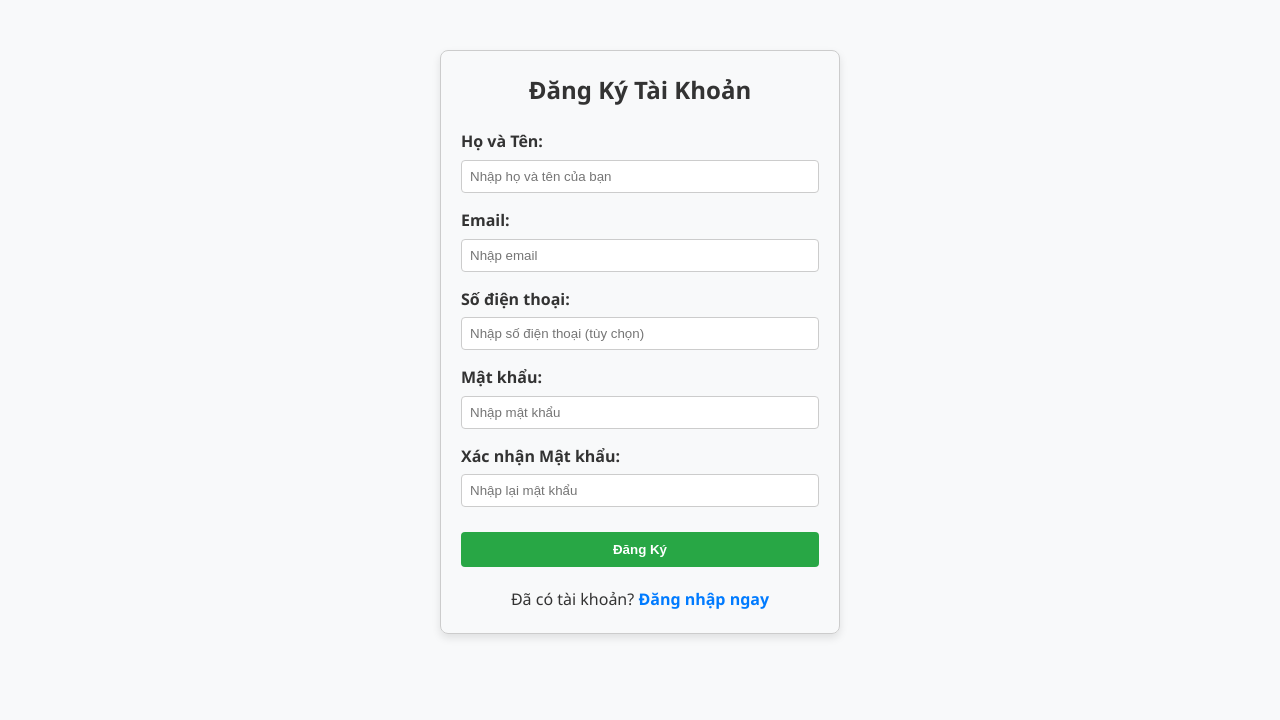
Repository: Vu-Tien-Duc/K23CNT3_VuTienDuc_Project4_EventTicket
Page: EventTicket_BDHT_Project/frontend-web/pages/user/register.html
The author's editor kept a copy of each file at every save. The page is drawn from the files as they stood at one save, then again after the next save.
The browser window is 1280 px wide. The pictures show the whole page.
Some web libraries are served in a nearby version.

Above is the page before, as saved 2026-05-20 20:33:31.

### EventTicket_BDHT_Project/frontend-web/pages/user/register.html
<!DOCTYPE html>
<html lang="vi">
<head>
    <meta charset="UTF-8">
    <title>Đăng Ký - EventTicket</title>
    <link rel="stylesheet" href="../../assets/css/style.css">
    <style>
        /* Đồng bộ giao diện với trang Login */
        .auth-container { max-width: 400px; margin: 50px auto; padding: 20px; border: 1px solid #ccc; border-radius: 8px; box-shadow: 0 4px 8px rgba(0,0,0,0.1); }
        .form-group { margin-bottom: 15px; }
        .form-group label { display: block; margin-bottom: 5px; font-weight: bold;}
        .form-group input { width: 100%; padding: 8px; box-sizing: border-box; border: 1px solid #ccc; border-radius: 4px;}
        .btn-main { width: 100%; padding: 10px; background-color: #28a745; color: white; border: none; border-radius: 4px; cursor: pointer; font-weight: bold; margin-top: 10px;}
        .btn-main:hover { background-color: #218838; }
    </style>
</head>
<body>


    <main class="auth-container">
        <h2 style="text-align: center; margin-bottom: 20px;">Đăng Ký Tài Khoản</h2>

        <form id="registerForm">
            <div id="register-msg" style="margin-bottom: 15px; font-weight: bold; display: none;"></div>

            <div class="form-group">
                <label>Họ và Tên:</label>
                <input type="text" id="fullName" required placeholder="Nhập họ và tên của bạn">
            </div>

            <div class="form-group">
                <label>Email:</label>
                <input type="email" id="email" required placeholder="Nhập email">
            </div>

            <div class="form-group">
                <label>Số điện thoại:</label>
                <input type="text" id="phoneNumber" placeholder="Nhập số điện thoại (tùy chọn)">
            </div>

            <div class="form-group">
                <label>Mật khẩu:</label>
                <input type="password" id="password" required placeholder="Nhập mật khẩu">
            </div>

            <div class="form-group">
                <label>Xác nhận Mật khẩu:</label>
                <input type="password" id="confirmPassword" required placeholder="Nhập lại mật khẩu">
            </div>

            <button type="submit" class="btn-main">Đăng Ký</button>
        </form>

        <p style="text-align: center; margin-top: 20px;">
            Đã có tài khoản? <a href="login.html" style="color: #007bff; text-decoration: none; font-weight: bold;">Đăng nhập ngay</a>
        </p>
    </main>

    <script src="../../assets/js/core/api-client.js"></script>
    <script src="../../assets/js/auth.js"></script>
</body>
</html>

### EventTicket_BDHT_Project/frontend-web/assets/css/style.css
/* EventTicket Frontend Styles */

/* Reset and Base Styles */
* {
    margin: 0;
    padding: 0;
    box-sizing: border-box;
}

body {
    font-family: 'Segoe UI', Tahoma, Geneva, Verdana, sans-serif;
    line-height: 1.6;
    color: #333;
    background-color: #f8f9fa;
}

header {
    background: linear-gradient(135deg, #667eea 0%, #764ba2 100%);
    color: white;
    padding: 1rem 0;
    position: fixed;
    width: 100%;
    top: 0;
    z-index: 1000;
    box-shadow: 0 2px 10px rgba(0,0,0,0.1);
}

main {
    margin-top: 80px;
    padding: 2rem;
    max-width: 1200px;
    margin-left: auto;
    margin-right: auto;
}

.container {
    max-width: 1200px;
    margin: 0 auto;
    padding: 0 1rem;
}

.btn {
    background: #667eea;
    color: white;
    padding: 0.75rem 1.5rem;
    border: none;
    border-radius: 5px;
    cursor: pointer;
    font-size: 1rem;
    transition: background 0.3s;
}

.btn:hover {
    background: #5a67d8;
}

.btn-danger {
    background: #e53e3e;
}

.btn-danger:hover {
    background: #c53030;
}

.card {
    background: white;
    border-radius: 10px;
    box-shadow: 0 4px 6px rgba(0,0,0,0.1);
    padding: 1.5rem;
    margin-bottom: 1.5rem;
}

.event-card {
    display: flex;
    gap: 1.5rem;
    margin-bottom: 2rem;
    padding: 1.5rem;
    border-radius: 10px;
    background: white;
    box-shadow: 0 4px 12px rgba(0,0,0,0.1);
    transition: transform 0.3s, box-shadow 0.3s;
}

.event-card:hover {
    transform: translateY(-5px);
    box-shadow: 0 8px 25px rgba(0,0,0,0.15);
}

/* Responsive */
@media (max-width: 768px) {
    .event-card {
        flex-direction: column;
    }

    main {
        padding: 1rem;
    }
}

/* Loading Spinner */
.loading {
    display: inline-block;
    width: 20px;
    height: 20px;
    border: 3px solid #f3f3f3;
    border-top: 3px solid #667eea;
    border-radius: 50%;
    animation: spin 1s linear infinite;
}

@keyframes spin {
    0% { transform: rotate(0deg); }
    100% { transform: rotate(360deg); }
}

Loaded but not shown: EventTicket_BDHT_Project/frontend-web/assets/js/core/api-client.js (308 lines, source omitted); EventTicket_BDHT_Project/frontend-web/assets/js/auth.js (236 lines, source omitted); EventTicket_BDHT_Project/frontend-web/components/header.html (105 lines, source omitted)

After the next save:
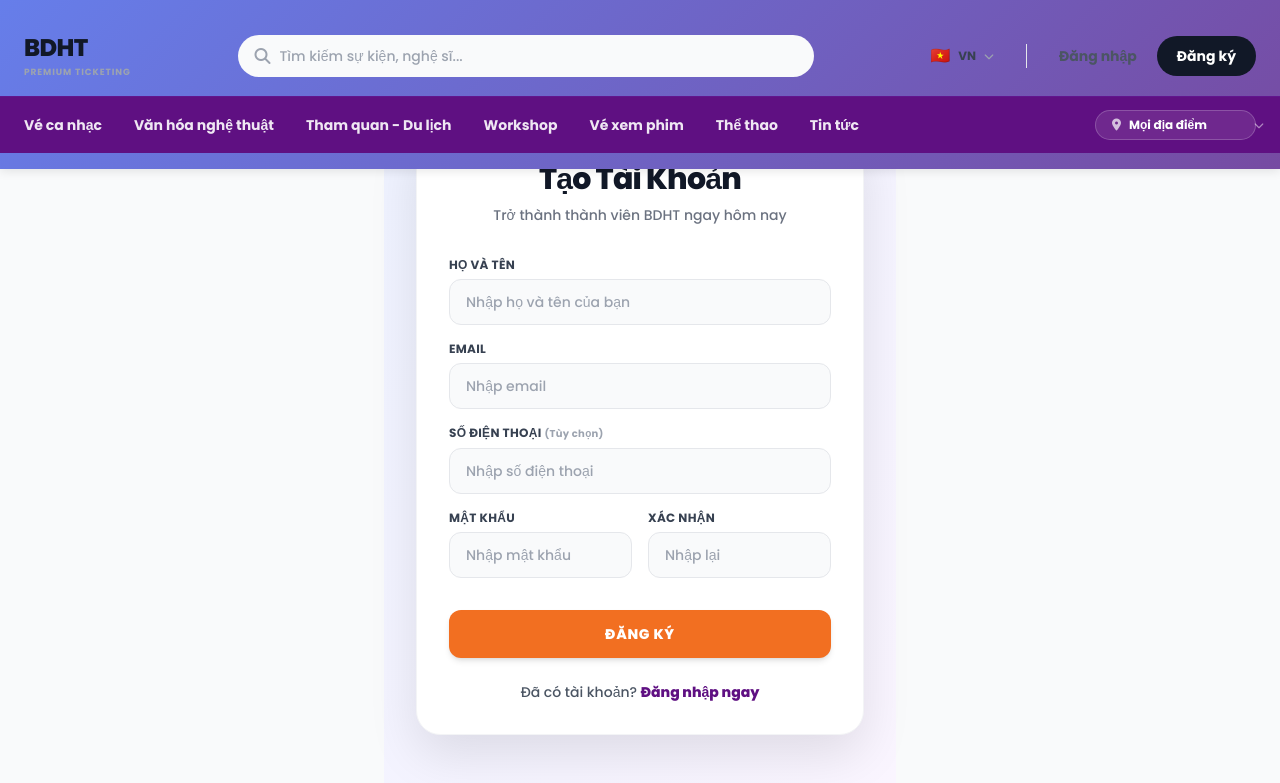
Not found: EventTicket_BDHT_Project/frontend-web/assets/js/core/i18n.js
Saved 26 s later.
--- a/EventTicket_BDHT_Project/frontend-web/pages/user/register.html
+++ b/EventTicket_BDHT_Project/frontend-web/pages/user/register.html
@@ -2,58 +2,83 @@
 <html lang="vi">
 <head>
     <meta charset="UTF-8">
-    <title>Đăng Ký - EventTicket</title>
+    <meta name="viewport" content="width=device-width, initial-scale=1.0">
+    <title>Đăng Ký - BDHT Premium Ticketing</title>
+    <!-- Tailwind CSS CDN -->
+    <script src="https://cdn.tailwindcss.com"></script>
+    <script>
+        tailwind.config = {
+            theme: {
+                extend: {
+                    colors: {
+                        brand: {
+                            purple: '#5f1082',
+                            purpleHover: '#4d0b6b',
+                            orange: '#f26f21',
+                            orangeHover: '#d95a12',
+                            darkBg: '#333333'
+                        }
+                    },
+                    fontFamily: {
+                        sans: ['Poppins', 'sans-serif'],
+                    }
+                }
+            }
+        }
+    </script>
+    <link href="https://fonts.googleapis.com/css2?family=Poppins:wght@300;400;500;600;700;800;900&display=swap" rel="stylesheet">
+    <link rel="stylesheet" href="https://cdnjs.cloudflare.com/ajax/libs/font-awesome/6.4.0/css/all.min.css">
     <link rel="stylesheet" href="../../assets/css/style.css">
-    <style>
-        /* Đồng bộ giao diện với trang Login */
-        .auth-container { max-width: 400px; margin: 50px auto; padding: 20px; border: 1px solid #ccc; border-radius: 8px; box-shadow: 0 4px 8px rgba(0,0,0,0.1); }
-        .form-group { margin-bottom: 15px; }
-        .form-group label { display: block; margin-bottom: 5px; font-weight: bold;}
-        .form-group input { width: 100%; padding: 8px; box-sizing: border-box; border: 1px solid #ccc; border-radius: 4px;}
-        .btn-main { width: 100%; padding: 10px; background-color: #28a745; color: white; border: none; border-radius: 4px; cursor: pointer; font-weight: bold; margin-top: 10px;}
-        .btn-main:hover { background-color: #218838; }
-    </style>
 </head>
-<body>
+<body class="bg-gray-50 text-gray-800 font-sans antialiased flex flex-col min-h-screen">
+    <div id="header-container"></div>
 
-
-    <main class="auth-container">
-        <h2 style="text-align: center; margin-bottom: 20px;">Đăng Ký Tài Khoản</h2>
-
-        <form id="registerForm">
-            <div id="register-msg" style="margin-bottom: 15px; font-weight: bold; display: none;"></div>
-
-            <div class="form-group">
-                <label>Họ và Tên:</label>
-                <input type="text" id="fullName" required placeholder="Nhập họ và tên của bạn">
+    <main class="flex-1 flex items-center justify-center py-12 px-4 sm:px-6 lg:px-8 bg-gradient-to-br from-indigo-50 to-purple-50">
+        <div class="max-w-md w-full bg-white rounded-3xl p-8 shadow-[0_20px_50px_rgba(0,0,0,0.1)] border border-gray-100">
+            <div class="text-center mb-8">
+                <h2 class="text-3xl font-extrabold text-gray-900 tracking-tight">Tạo Tài Khoản</h2>
+                <p class="text-sm font-medium text-gray-500 mt-2">Trở thành thành viên BDHT ngay hôm nay</p>
             </div>
 
-            <div class="form-group">
-                <label>Email:</label>
-                <input type="email" id="email" required placeholder="Nhập email">
-            </div>
+            <form id="registerForm" class="flex flex-col gap-4">
+                <div id="register-msg" class="hidden font-bold text-sm p-3 rounded-xl"></div>
 
-            <div class="form-group">
-                <label>Số điện thoại:</label>
-                <input type="text" id="phoneNumber" placeholder="Nhập số điện thoại (tùy chọn)">
-            </div>
+                <div class="flex flex-col gap-1.5">
+                    <label class="text-xs font-bold text-gray-700 uppercase tracking-wide">Họ và Tên</label>
+                    <input type="text" id="fullName" required placeholder="Nhập họ và tên của bạn" class="w-full px-4 py-3 bg-gray-50 border border-gray-200 rounded-xl text-sm font-medium focus:border-brand-purple focus:ring-4 focus:ring-brand-purple/10 outline-none transition-all">
+                </div>
 
-            <div class="form-group">
-                <label>Mật khẩu:</label>
-                <input type="password" id="password" required placeholder="Nhập mật khẩu">
-            </div>
+                <div class="flex flex-col gap-1.5">
+                    <label class="text-xs font-bold text-gray-700 uppercase tracking-wide">Email</label>
+                    <input type="email" id="email" required placeholder="Nhập email" class="w-full px-4 py-3 bg-gray-50 border border-gray-200 rounded-xl text-sm font-medium focus:border-brand-purple focus:ring-4 focus:ring-brand-purple/10 outline-none transition-all">
+                </div>
 
-            <div class="form-group">
-                <label>Xác nhận Mật khẩu:</label>
-                <input type="password" id="confirmPassword" required placeholder="Nhập lại mật khẩu">
-            </div>
+                <div class="flex flex-col gap-1.5">
+                    <label class="text-xs font-bold text-gray-700 uppercase tracking-wide">Số điện thoại <span class="text-[10px] text-gray-400 normal-case">(Tùy chọn)</span></label>
+                    <input type="text" id="phoneNumber" placeholder="Nhập số điện thoại" class="w-full px-4 py-3 bg-gray-50 border border-gray-200 rounded-xl text-sm font-medium focus:border-brand-purple focus:ring-4 focus:ring-brand-purple/10 outline-none transition-all">
+                </div>
 
-            <button type="submit" class="btn-main">Đăng Ký</button>
-        </form>
+                <div class="grid grid-cols-2 gap-4">
+                    <div class="flex flex-col gap-1.5">
+                        <label class="text-xs font-bold text-gray-700 uppercase tracking-wide">Mật khẩu</label>
+                        <input type="password" id="password" required placeholder="Nhập mật khẩu" class="w-full px-4 py-3 bg-gray-50 border border-gray-200 rounded-xl text-sm font-medium focus:border-brand-purple focus:ring-4 focus:ring-brand-purple/10 outline-none transition-all">
+                    </div>
 
-        <p style="text-align: center; margin-top: 20px;">
-            Đã có tài khoản? <a href="login.html" style="color: #007bff; text-decoration: none; font-weight: bold;">Đăng nhập ngay</a>
-        </p>
+                    <div class="flex flex-col gap-1.5">
+                        <label class="text-xs font-bold text-gray-700 uppercase tracking-wide">Xác nhận</label>
+                        <input type="password" id="confirmPassword" required placeholder="Nhập lại" class="w-full px-4 py-3 bg-gray-50 border border-gray-200 rounded-xl text-sm font-medium focus:border-brand-purple focus:ring-4 focus:ring-brand-purple/10 outline-none transition-all">
+                    </div>
+                </div>
+
+                <button type="submit" class="w-full bg-brand-orange hover:bg-brand-orangeHover text-white font-extrabold px-6 py-3.5 rounded-xl text-sm uppercase tracking-wider transition-all duration-300 shadow-md hover:shadow-xl hover:-translate-y-0.5 mt-4">
+                    Đăng Ký
+                </button>
+            </form>
+
+            <p class="text-center mt-6 text-sm font-medium text-gray-600">
+                Đã có tài khoản? <a href="login.html" class="font-extrabold text-brand-purple hover:text-brand-orange transition-colors">Đăng nhập ngay</a>
+            </p>
+        </div>
     </main>
 
     <script src="../../assets/js/core/api-client.js"></script>

After the save that followed:
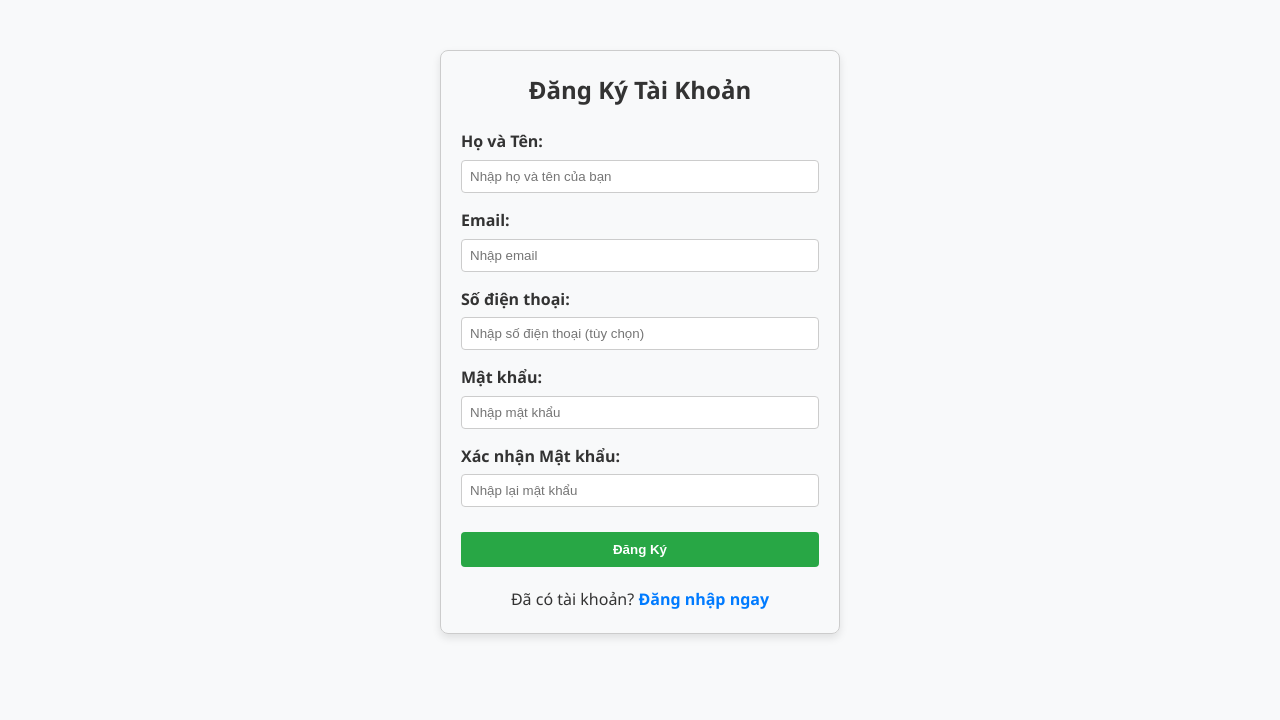
Saved 19 s later.
--- a/EventTicket_BDHT_Project/frontend-web/pages/user/register.html
+++ b/EventTicket_BDHT_Project/frontend-web/pages/user/register.html
@@ -2,83 +2,58 @@
 <html lang="vi">
 <head>
     <meta charset="UTF-8">
-    <meta name="viewport" content="width=device-width, initial-scale=1.0">
-    <title>Đăng Ký - BDHT Premium Ticketing</title>
-    <!-- Tailwind CSS CDN -->
-    <script src="https://cdn.tailwindcss.com"></script>
-    <script>
-        tailwind.config = {
-            theme: {
-                extend: {
-                    colors: {
-                        brand: {
-                            purple: '#5f1082',
-                            purpleHover: '#4d0b6b',
-                            orange: '#f26f21',
-                            orangeHover: '#d95a12',
-                            darkBg: '#333333'
-                        }
-                    },
-                    fontFamily: {
-                        sans: ['Poppins', 'sans-serif'],
-                    }
-                }
-            }
-        }
-    </script>
-    <link href="https://fonts.googleapis.com/css2?family=Poppins:wght@300;400;500;600;700;800;900&display=swap" rel="stylesheet">
-    <link rel="stylesheet" href="https://cdnjs.cloudflare.com/ajax/libs/font-awesome/6.4.0/css/all.min.css">
+    <title>Đăng Ký - EventTicket</title>
     <link rel="stylesheet" href="../../assets/css/style.css">
+    <style>
+        /* Đồng bộ giao diện với trang Login */
+        .auth-container { max-width: 400px; margin: 50px auto; padding: 20px; border: 1px solid #ccc; border-radius: 8px; box-shadow: 0 4px 8px rgba(0,0,0,0.1); }
+        .form-group { margin-bottom: 15px; }
+        .form-group label { display: block; margin-bottom: 5px; font-weight: bold;}
+        .form-group input { width: 100%; padding: 8px; box-sizing: border-box; border: 1px solid #ccc; border-radius: 4px;}
+        .btn-main { width: 100%; padding: 10px; background-color: #28a745; color: white; border: none; border-radius: 4px; cursor: pointer; font-weight: bold; margin-top: 10px;}
+        .btn-main:hover { background-color: #218838; }
+    </style>
 </head>
-<body class="bg-gray-50 text-gray-800 font-sans antialiased flex flex-col min-h-screen">
-    <div id="header-container"></div>
+<body>
 
-    <main class="flex-1 flex items-center justify-center py-12 px-4 sm:px-6 lg:px-8 bg-gradient-to-br from-indigo-50 to-purple-50">
-        <div class="max-w-md w-full bg-white rounded-3xl p-8 shadow-[0_20px_50px_rgba(0,0,0,0.1)] border border-gray-100">
-            <div class="text-center mb-8">
-                <h2 class="text-3xl font-extrabold text-gray-900 tracking-tight">Tạo Tài Khoản</h2>
-                <p class="text-sm font-medium text-gray-500 mt-2">Trở thành thành viên BDHT ngay hôm nay</p>
+
+    <main class="auth-container">
+        <h2 style="text-align: center; margin-bottom: 20px;">Đăng Ký Tài Khoản</h2>
+
+        <form id="registerForm">
+            <div id="register-msg" style="margin-bottom: 15px; font-weight: bold; display: none;"></div>
+
+            <div class="form-group">
+                <label>Họ và Tên:</label>
+                <input type="text" id="fullName" required placeholder="Nhập họ và tên của bạn">
             </div>
 
-            <form id="registerForm" class="flex flex-col gap-4">
-                <div id="register-msg" class="hidden font-bold text-sm p-3 rounded-xl"></div>
+            <div class="form-group">
+                <label>Email:</label>
+                <input type="email" id="email" required placeholder="Nhập email">
+            </div>
 
-                <div class="flex flex-col gap-1.5">
-                    <label class="text-xs font-bold text-gray-700 uppercase tracking-wide">Họ và Tên</label>
-                    <input type="text" id="fullName" required placeholder="Nhập họ và tên của bạn" class="w-full px-4 py-3 bg-gray-50 border border-gray-200 rounded-xl text-sm font-medium focus:border-brand-purple focus:ring-4 focus:ring-brand-purple/10 outline-none transition-all">
-                </div>
+            <div class="form-group">
+                <label>Số điện thoại:</label>
+                <input type="text" id="phoneNumber" placeholder="Nhập số điện thoại (tùy chọn)">
+            </div>
 
-                <div class="flex flex-col gap-1.5">
-                    <label class="text-xs font-bold text-gray-700 uppercase tracking-wide">Email</label>
-                    <input type="email" id="email" required placeholder="Nhập email" class="w-full px-4 py-3 bg-gray-50 border border-gray-200 rounded-xl text-sm font-medium focus:border-brand-purple focus:ring-4 focus:ring-brand-purple/10 outline-none transition-all">
-                </div>
+            <div class="form-group">
+                <label>Mật khẩu:</label>
+                <input type="password" id="password" required placeholder="Nhập mật khẩu">
+            </div>
 
-                <div class="flex flex-col gap-1.5">
-                    <label class="text-xs font-bold text-gray-700 uppercase tracking-wide">Số điện thoại <span class="text-[10px] text-gray-400 normal-case">(Tùy chọn)</span></label>
-                    <input type="text" id="phoneNumber" placeholder="Nhập số điện thoại" class="w-full px-4 py-3 bg-gray-50 border border-gray-200 rounded-xl text-sm font-medium focus:border-brand-purple focus:ring-4 focus:ring-brand-purple/10 outline-none transition-all">
-                </div>
+            <div class="form-group">
+                <label>Xác nhận Mật khẩu:</label>
+                <input type="password" id="confirmPassword" required placeholder="Nhập lại mật khẩu">
+            </div>
 
-                <div class="grid grid-cols-2 gap-4">
-                    <div class="flex flex-col gap-1.5">
-                        <label class="text-xs font-bold text-gray-700 uppercase tracking-wide">Mật khẩu</label>
-                        <input type="password" id="password" required placeholder="Nhập mật khẩu" class="w-full px-4 py-3 bg-gray-50 border border-gray-200 rounded-xl text-sm font-medium focus:border-brand-purple focus:ring-4 focus:ring-brand-purple/10 outline-none transition-all">
-                    </div>
+            <button type="submit" class="btn-main">Đăng Ký</button>
+        </form>
 
-                    <div class="flex flex-col gap-1.5">
-                        <label class="text-xs font-bold text-gray-700 uppercase tracking-wide">Xác nhận</label>
-                        <input type="password" id="confirmPassword" required placeholder="Nhập lại" class="w-full px-4 py-3 bg-gray-50 border border-gray-200 rounded-xl text-sm font-medium focus:border-brand-purple focus:ring-4 focus:ring-brand-purple/10 outline-none transition-all">
-                    </div>
-                </div>
-
-                <button type="submit" class="w-full bg-brand-orange hover:bg-brand-orangeHover text-white font-extrabold px-6 py-3.5 rounded-xl text-sm uppercase tracking-wider transition-all duration-300 shadow-md hover:shadow-xl hover:-translate-y-0.5 mt-4">
-                    Đăng Ký
-                </button>
-            </form>
-
-            <p class="text-center mt-6 text-sm font-medium text-gray-600">
-                Đã có tài khoản? <a href="login.html" class="font-extrabold text-brand-purple hover:text-brand-orange transition-colors">Đăng nhập ngay</a>
-            </p>
-        </div>
+        <p style="text-align: center; margin-top: 20px;">
+            Đã có tài khoản? <a href="login.html" style="color: #007bff; text-decoration: none; font-weight: bold;">Đăng nhập ngay</a>
+        </p>
     </main>
 
     <script src="../../assets/js/core/api-client.js"></script>
